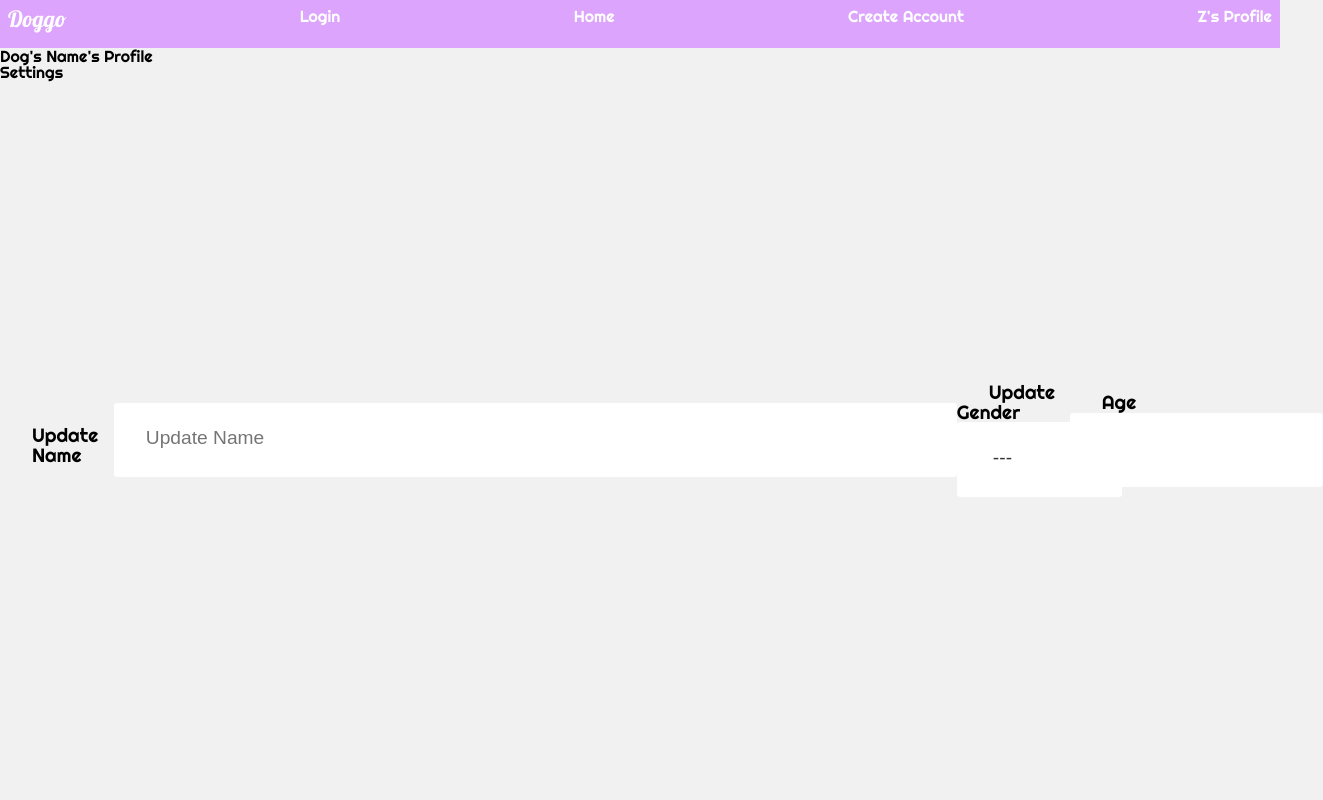
Repository: rh1456/capstone
Page: /5
These files come from the project's save history. The page is drawn as it stood at one moment and after the next save; the edit follows.
The browser window is 1280 px wide. The page is 1323 px wide, then 1280 px, so the pictures cover 1323 px, including what lies to the right of the window. The pictures show the whole page.
Some web libraries are served in a nearby version. The project was rebuilt for these pictures with package versions that can differ from the ones it lists, and the page was loaded fresh each time. Also part of the build but not shown: src/pages/MainPage.jsx, src/pages/CreateAccount.jsx, src/pages/DoggoLandingPage.jsx, src/pages/DogProfile.jsx, src/pages/PlayDateForm.jsx.

Above is the page before, as saved 2020-01-11 18:14:02.

### public/index.html
<!DOCTYPE html>
<html lang="en">
  <head>
    <meta charset="utf-8" />
    <link rel="shortcut icon" href="%PUBLIC_URL%/favicon.ico" />
    <meta
      name="viewport"
      content="width=device-width, initial-scale=1, shrink-to-fit=no"
    />
    <meta name="theme-color" content="#000000" />
    <!--
      manifest.json provides metadata used when your web app is added to the
      homescreen on Android. See https://developers.google.com/web/fundamentals/web-app-manifest/
    -->
    <link rel="manifest" href="%PUBLIC_URL%/manifest.json" />
    <!--
      Notice the use of %PUBLIC_URL% in the tags above.
      It will be replaced with the URL of the `public` folder during the build.
      Only files inside the `public` folder can be referenced from the HTML.

      Unlike "/favicon.ico" or "favicon.ico", "%PUBLIC_URL%/favicon.ico" will
      work correctly both with client-side routing and a non-root public URL.
      Learn how to configure a non-root public URL by running `npm run build`.
    -->
    <link
      href="https://fonts.googleapis.com/css?family=Pacifico|Permanent+Marker|Righteous|Roboto&display=swap"
      rel="stylesheet"
    />
    <link
      href="https://fonts.googleapis.com/css?family=Lobster&display=swap"
      rel="stylesheet"
    />
    <script
      src="https://kit.fontawesome.com/d7373701d1.js"
      crossorigin="anonymous"
    ></script>
    <title>Capstone</title>
  </head>
  <body>
    <noscript>
      You need to enable JavaScript to run this app.
    </noscript>
    <div id="root"></div>
    <!--
      This HTML file is a template.
      If you open it directly in the browser, you will see an empty page.

      You can add webfonts, meta tags, or analytics to this file.
      The build step will place the bundled scripts into the <body> tag.

      To begin the development, run `npm start` or `yarn start`.
      To create a production bundle, use `npm run build` or `yarn build`.
    -->
  </body>
</html>

### src/index.js
import React from 'react'
import ReactDOM from 'react-dom'
import './index.css'
// import './styles.scss'
import App from './App'

ReactDOM.render(<App />, document.getElementById('root'))

### src/index.css
@media (min-width: 320px) and (max-width: 480px) {
  :root {
    font: 16px / 1 sans-serif;
  }

  html {
    height: 100%;
  }
  body {
    margin: 0;
    min-height: 100%;
    background-color: #f1f1f1;
    font-family: 'Righteous', cursive;
  }
  .nav-bar-ul {
    display: flex;
    flex-direction: row;
    justify-content: space-between;
    margin: 0;
    height: 3rem;
    background-color: #dca4fc;
    padding: 0;
  }
  .main-nav-li {
    list-style: none;
    padding: 0.5rem;
    color: white;
  }
  .nav-logo {
    font-size: 1.4rem;
    font-family: 'Lobster', cursive;
  }
  .Nav-link {
    color: white;
    text-decoration: none;
  }
  /* Dog profile Stylings */
  .dog-profile-image {
    display: flex;
    justify-content: center;
    /* border-bottom: solid lightgrey; */
  }
  .before-div {
    border: solid black;
    display: block;
    height: 18px;
    border-radius: 50% 50% 0 0;

    bottom: calc(100% - 10px);
    right: -5px;
    left: -5px;
    background-color: blue;
  }
  .profile-image {
    height: 12rem;
    width: 8rem;
    margin: 0;
    border-radius: 8px;
    margin: 0.7rem;
  }
  .profile-about {
    display: flex;
    flex-direction: column;
    height: 5rem;
    font-size: 0.7rem;
  }
  .profile-about h1 {
    align-self: center;
  }
  .profile-about span {
    align-self: center;
    padding: 0.1rem;
  }
  .in-between {
    border-top: solid lightgrey;
    border-bottom: solid lightgrey;
    height: 3rem;
    display: flex;
    justify-content: center;
  }
  .main-about {
    border-bottom: solid lightgrey;
  }
  .profile-logo {
    margin: 0.5rem;
    height: 2rem;
    width: auto;
  }
  .meet {
    display: flex;
    flex-direction: column;
  }
  .meet h1 {
    align-self: center;
  }
  .meet p {
    padding: 1rem;
    font-size: 0.9rem;
    align-self: center;
  }
  .small-pro-pic {
    align-self: center;
    height: 4rem;
    width: auto;
    border: 2px solid black;
    border-radius: 50%;
    margin-top: 0.8rem;
  }
  .match-button {
    align-self: center;
    background-color: purple;
    height: 1.8rem;
    width: 8rem;
    border-radius: 25px;
    border: 3px solid black;
    color: white;
  }
  .playdate-link {
    color: white;
    text-decoration: none;
  }

  /* Dog Landing Stylings */
  .doggo-landing-body {
    margin: 0;
    min-height: 100%;
    background-color: #f1f1f1;
    font-family: 'Righteous', cursive;
  }
  .landing-page-logo {
    display: flex;
    justify-content: center;
    align-content: center;
    flex-direction: column;
  }
  .doggo-logo {
    height: 180px;
    width: 238px;
    align-self: center;
  }
  .doggo-text-section {
    padding-top: 2rem;
    padding-bottom: 2rem;
  }
  .doggo-text {
    display: flex;
    justify-content: center;
    align-content: center;
    font-size: 2rem;
    font-family: 'Lobster', cursive;
  }

  .landing-button {
    display: flex;
    justify-content: center;
    align-content: center;
  }
  .create-account {
    background-color: purple;
    height: 3rem;
    width: 15rem;
    border-radius: 25px;
    border: 3px solid black;
    color: white;
    font-family: 'Roboto', sans-serif;
  }
  .create-account-link {
    color: white;
    text-decoration: none;
    font-style: bold;
  }
  .existing-users {
    display: flex;
    padding-top: 3rem;
    justify-content: center;
    align-content: center;
  }
  /* Create Account Stylings */
  .create-account-div {
    display: flex;
    flex-direction: column;
    font-size: 2rem;
  }
  .submit-account {
    margin-top: 1rem;
    align-self: center;
    background-color: purple;
    height: 1.8rem;
    width: 8rem;
    border-radius: 25px;
    border: 3px solid black;
    color: white;
  }
  .existing-users-link {
    font-style: italic;
    text-decoration: none;
  }

  /* Newsfeed Stylings */
  .h1-container {
    display: flex;
    justify-content: center;
    font-size: 0.8rem;
    color: purple;
    height: 1rem;
    font-family: 'Lobster', cursive;
  }
  .newsfeed-header {
    display: flex;
    flex-direction: row;
    flex-wrap: nowrap;
    align-items: stretch;
    overflow-x: auto;
    overflow-y: hidden;
    border-bottom: solid lightgrey;
    height: 8rem;
  }
  .friend-card {
    border: solid black;
    align-self: center;
    margin: 1rem 3rem;
    padding-left: 0.8rem;
    padding-right: 0.8rem;
    border-radius: 0.5rem;
    flex-basis: 33.33%;
    flex-grow: 0;
    flex-shrink: 0;
    height: 4.7rem;
    /* width: 1rem; */
  }

  .welcome-user-message {
    display: flex;
    justify-content: center;
    font-size: 0.7rem;
    border-bottom: solid lightgrey;
  }
  .newsfeed-parent {
    display: flex;
    /* align-items: center; */
    flex-direction: column;
    margin: 1rem;
  }
  .newsfeed {
    /* align-items: stretch; */
    /* display: flex;
    flex-direction: column;
    flex-wrap: nowrap; */
    /* display: flex;
    justify-content: center; */
    width: 300px;
    height: 500px;
    overflow-y: scroll;
    overflow-x: hidden;
  }
  .card {
    max-width: 33.33%;
    padding: 0.75rem;
    margin-bottom: 2rem;
    border: 0;
    /* flex-basis: 33.33%;
    flex-grow: 0;
    flex-shrink: 0; */
  }
  .newsfeed-nav-ul {
    display: flex;
    flex-direction: row;
    font-size: smaller;
    font-style: italic;
    margin: 0rem;
    height: 2rem;
  }
  .newsfeed-nav-li {
    list-style: none;
    margin: 0;
    padding: 1rem;
  }
  .settings-link {
    text-decoration: none;
    color: black;
  }
  .mapbox {
    align-self: center;
    border: solid black;
    height: 6rem;
    width: 6rem;
  }
  /* Playdate form stylings  */

  .playdate-header {
    display: flex;
    justify-content: center;
    margin: 1.5rem;
  }
  .playdate-main {
    display: flex;
    flex-direction: column;
  }
  .playdate-input {
    align-self: center;
    margin: 0.5rem;
  }
  .form-date-submit-button {
    margin-top: 1rem;
    align-self: center;
    background-color: purple;
    height: 1.8rem;
    width: 8rem;
    border-radius: 25px;
    border: 3px solid black;
    color: white;
  }
  /* //Profile setting styling// */
}

/* End of mobile query  */

:root {
  font: 16px / 1 sans-serif;
}

html {
  height: 100%;
}
body {
  margin: 0;
  min-height: 100%;
  background-color: #f1f1f1;
  font-family: 'Righteous', cursive;
}
.nav-bar-ul {
  display: flex;
  flex-direction: row;
  justify-content: space-between;
  margin: 0;
  height: 3rem;
  background-color: #dca4fc;
  padding: 0;
}
.main-nav-li {
  list-style: none;
  padding: 0.5rem;
  color: white;
}
.nav-logo {
  padding: 0.5rem;
  color: white;
  font-size: 1.4rem;
  font-family: 'Lobster', cursive;
}
.Nav-link {
  color: white;
  text-decoration: none;
}
/* Dog profile Stylings */
.dog-profile-image {
  display: flex;
  justify-content: center;
  /* border-bottom: solid lightgrey; */
}
.before-div {
  border: solid black;
  display: block;
  height: 18px;
  border-radius: 50% 50% 0 0;

  bottom: calc(100% - 10px);
  right: -5px;
  left: -5px;
  background-color: blue;
}
.profile-image {
  height: 12rem;
  width: 8rem;
  margin: 0;
  border-radius: 8px;
  margin: 0.7rem;
}
.profile-about {
  display: flex;
  flex-direction: column;
  height: 5rem;
  font-size: 0.7rem;
}
.profile-about h1 {
  align-self: center;
}
.profile-about span {
  align-self: center;
  padding: 0.1rem;
}
.in-between {
  border-top: solid lightgrey;
  border-bottom: solid lightgrey;
  height: 3rem;
  display: flex;
  justify-content: center;
}
.main-about {
  border-bottom: solid lightgrey;
}
.profile-logo {
  margin: 0.5rem;
  height: 2rem;
  width: auto;
}
.meet {
  display: flex;
  flex-direction: column;
}
.meet h1 {
  align-self: center;
}
.meet p {
  padding: 1rem;
  font-size: 0.9rem;
  align-self: center;
}
.small-pro-pic {
  align-self: center;
  height: 4rem;
  width: auto;
  border: 2px solid black;
  border-radius: 50%;
  margin-top: 0.8rem;
}
.match-button {
  align-self: center;
  background-color: purple;
  height: 1.8rem;
  width: 8rem;
  border-radius: 25px;
  border: 3px solid black;
  color: white;
}

/* Dog Landing Stylings */
.doggo-landing-body {
  margin: 0;
  min-height: 100%;
  background-color: #f1f1f1;
  font-family: 'Righteous', cursive;
}
.landing-page-logo {
  display: flex;
  justify-content: center;
  align-content: center;
  flex-direction: column;
}
.doggo-logo {
  height: 180px;
  width: 238px;
  align-self: center;
}
.doggo-text-section {
  padding-top: 2rem;
  padding-bottom: 2rem;
}
.doggo-text {
  display: flex;
  justify-content: center;
  align-content: center;
  font-size: 2rem;
}

.landing-button {
  display: flex;
  justify-content: center;
  align-content: center;
}
.create-account {
  background-color: purple;
  height: 3rem;
  width: 15rem;
  border-radius: 25px;
  border: 3px solid black;
  color: white;
  font-family: 'Roboto', sans-serif;
}
.existing-users {
  display: flex;
  padding-top: 3rem;
  justify-content: center;
  align-content: center;
}
/* Create Account Stylings */
.create-account-div {
  display: flex;
  flex-direction: column;
  font-size: 2rem;
}
.submit-account {
  margin-top: 1rem;
  align-self: center;
  background-color: purple;
  height: 1.8rem;
  width: 8rem;
  border-radius: 25px;
  border: 3px solid black;
  color: white;
}

/* Newsfeed Stylings */
.h1-container {
  display: flex;
  justify-content: center;
  font-size: 0.8rem;
  color: purple;
  height: 1rem;
  font-family: 'Lobster', cursive;
}
.newsfeed-header {
  display: flex;
  flex-direction: row;
  flex-wrap: nowrap;
  align-items: stretch;
  overflow-x: auto;
  overflow-y: hidden;
  border-bottom: solid lightgrey;
  height: 8rem;
}
.friend-card {
  border: solid black;
  align-self: center;
  margin: 1rem 3rem;
  padding-left: 0.8rem;
  padding-right: 0.8rem;
  border-radius: 0.5rem;
  flex-basis: 33.33%;
  flex-grow: 0;
  flex-shrink: 0;
  height: 4.7rem;
  width: 1rem;
}
/* .feed-head-left-button,
  .feed-head-right-button {
    display: flex;
    justify-content: center;
    align-content: center;
    color: white;
    font-size: 2rem;
    width: 2.5rem;
    margin: 4rem 0rem;
    background-color: purple;
    border: none;
  }
  .feed-head-left-button {
    border-radius: 0rem 1rem 1rem 0rem;
  }
  .feed-head-right-button {
    border-radius: 1rem 0rem 0rem 1rem;
  }  */
.welcome-user-message {
  display: flex;
  justify-content: center;
  font-size: 0.7rem;
  border-bottom: solid lightgrey;
}
.newsfeed-parent {
  display: flex;
  justify-content: center;
  align-content: center;
}
.newsfeed {
  align-items: stretch;
  display: flex;
  flex-direction: column;
  flex-wrap: nowrap;
  display: flex;
  justify-content: center;
  width: 120px;
  height: 400px;
  overflow-y: scroll;
  overflow-x: hidden;
}
.card {
  max-width: 33.33%;
  padding: 0.75rem;
  margin-bottom: 2rem;
  border: 0;
  /* flex-basis: 33.33%;
    flex-grow: 0;
    flex-shrink: 0; */
}

### src/App.jsx
import React from 'react'
import { BrowserRouter as Router, Link, Route, Switch } from 'react-router-dom'
import MainPage from './pages/MainPage'
import DoggoLandingPage from './pages/DoggoLandingPage'
import CreateAccount from './pages/CreateAccount'
import DogProfile from './pages/DogProfile'
import PlayDateForm from './pages/PlayDateForm'
import ProfileSettings from './pages/ProfileSettings'
const App = () => {
  return (
    <Router>
      <header>
        <nav>
          <ul className="nav-bar-ul">
            <li className="nav-logo">Doggo</li>
            <li className="main-nav-li">
              <Link className="Nav-link" to="/">
                Login
              </Link>
            </li>
            <li className="main-nav-li">
              <Link className="Nav-link" to="/1">
                Home
              </Link>
            </li>
            <li className="main-nav-li">
              <Link className="Nav-link" to="/2">
                Create Account
              </Link>
            </li>
            <li className="main-nav-li">
              <Link className="Nav-link" to="/3">
                Z's Profile
              </Link>
            </li>
          </ul>
        </nav>
      </header>
      <Switch>
        <Route exact path="/" component={DoggoLandingPage}></Route>
        <Route exact path="/1" component={MainPage}></Route>
        <Route exact path="/2" component={CreateAccount}></Route>
        <Route path="/3" component={DogProfile}></Route>
        <Route path="/4" component={PlayDateForm}></Route>
        <Route path="/5" component={ProfileSettings}></Route>
      </Switch>
    </Router>
  )
}

export default App

### src/pages/ProfileSettings.jsx
import React from 'react'
import './profileSettings.css'

const ProfileSettings = () => {
  return (
    <>
      <header className="setting-header">
        <span>Dog's Name</span>'s Profile
      </header>
      <section className="settings-section">
        <p className="settings-p">Settings</p>
      </section>
      <div className="profile-settings-container">
        {/* <section className="update-account-details"> */}
        <label className="update-label" htmlFor="dogs-name">
          Update Name
        </label>
        <input
          className="basic-slide"
          type="text"
          placeholder="Update Name"
        ></input>
        {/* </section> */}
        <section className="update-account-details">
          <label className="update-label" htmlFor="gender">
            Update Gender
          </label>
          <select
            placeholder="Update Gender"
            className="basic-slide"
            type="text"
          >
            <option value="">---</option>
            <option value="male">Male</option>
            <option value="female">Female</option>
          </select>
        </section>
        <section className="update-account-details">
          <label className="update-label" htmlFor="Age">
            Age
          </label>
          <input className="basic-slide" input="text"></input>
        </section>
      </div>
    </>
  )
}

export default ProfileSettings

### src/pages/profileSettings.css
*,
*::after,
*::before {
  margin: 0;
  padding: 0;
  box-sizing: inherit;
  font-size: 62, 5%;
}
.profile-settings-container {
  height: 100vh;
  width: 100%;
  display: flex;
  justify-content: center;
  align-items: center;
  /* height: 100vh; */
  color: black;
}
.update-label {
  font-size: 1.2rem;
  margin-left: 2rem;
  margin-top: 0.7rem;

  /* display: block; */
  transition: all 0.3s;
  transform: translateY(0rem);
}
.basic-slide {
  color: #333;
  font-size: 1.2rem;
  margin: 0 auto;
  padding: 1.5rem 2rem;
  border-radius: 0.2rem;
  background-color: rgb(255, 255, 255);
  border: none;
  width: 90%;
  display: block;
  border-bottom: 0.3rem solid transparent;
  transition: all 0.3s;
}
.basic-slide:placeholder-shown + .update-label {
  opacity: 0;
  visibility: hidden;
  -webkit-transform: translateY(-4rem);
  transform: translateY(-4rem);
}

After the next save:
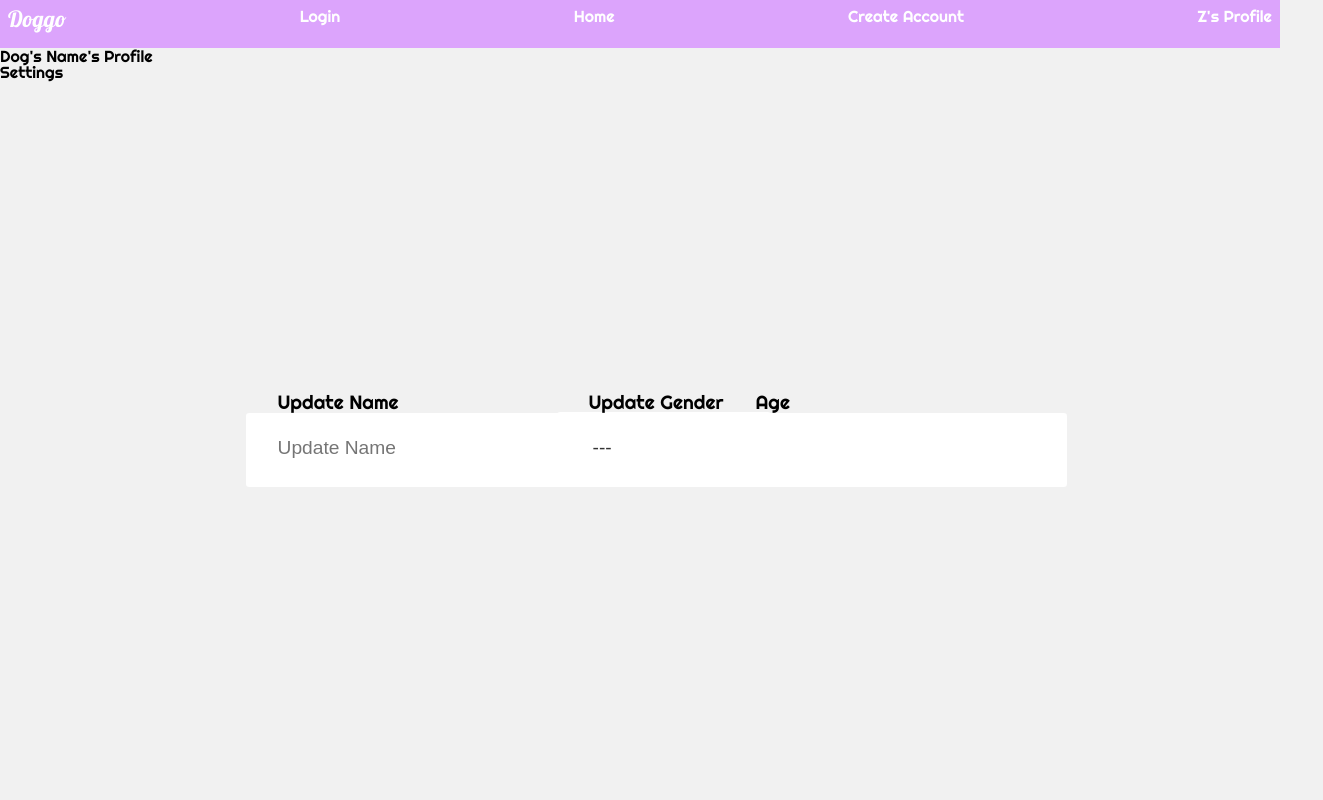
Saved 22 s later.
--- a/src/pages/ProfileSettings.jsx
+++ b/src/pages/ProfileSettings.jsx
@@ -11,16 +11,16 @@ const ProfileSettings = () => {
         <p className="settings-p">Settings</p>
       </section>
       <div className="profile-settings-container">
-        {/* <section className="update-account-details"> */}
-        <label className="update-label" htmlFor="dogs-name">
-          Update Name
-        </label>
-        <input
-          className="basic-slide"
-          type="text"
-          placeholder="Update Name"
-        ></input>
-        {/* </section> */}
+        <section className="update-account-details">
+          <label className="update-label" htmlFor="dogs-name">
+            Update Name
+          </label>
+          <input
+            className="basic-slide"
+            type="text"
+            placeholder="Update Name"
+          ></input>
+        </section>
         <section className="update-account-details">
           <label className="update-label" htmlFor="gender">
             Update Gender
